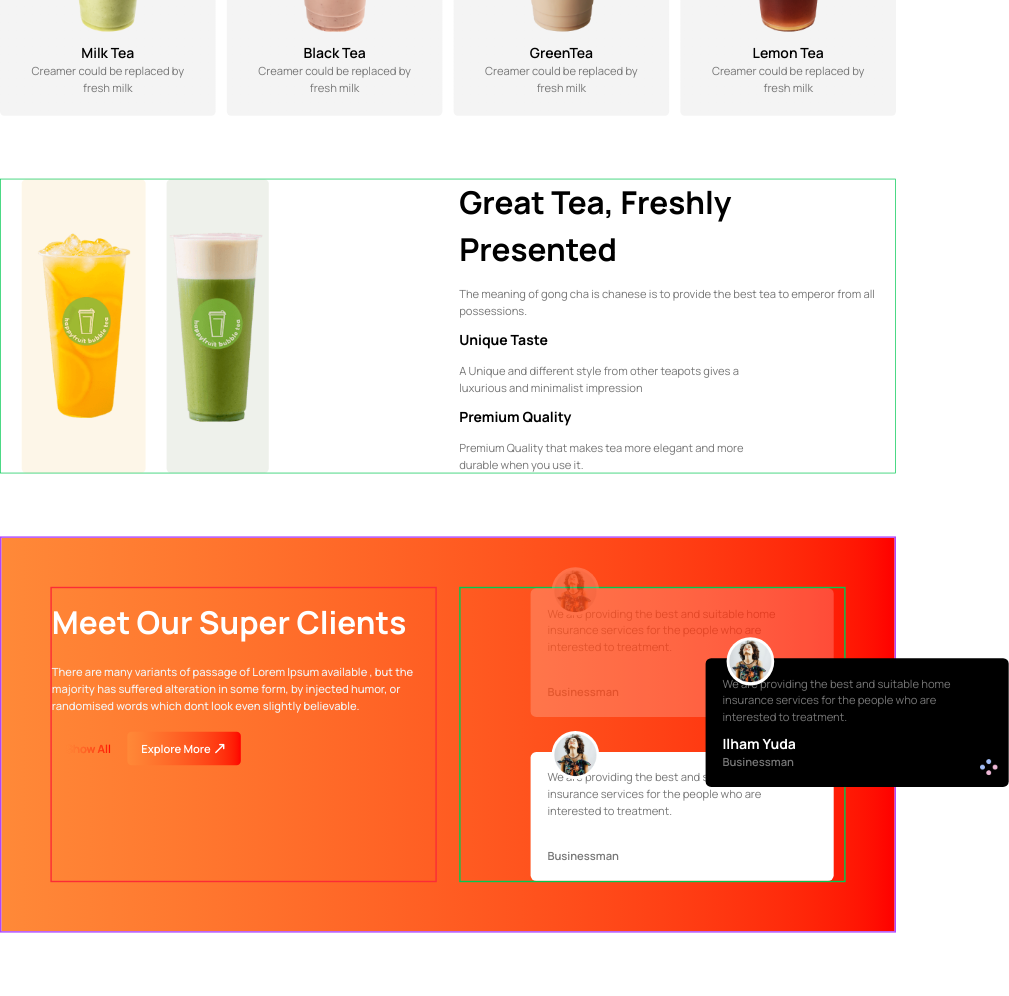
Repository: tanimtanzilislam/Tea-house
Page: index.html
The author's editor kept a copy of each file at every save. The page is drawn from the files as they stood at one save, then again after a run of saves.
The browser window is 1280 px wide. The page is 1441 px wide, then 1280 px, so the pictures cover 1441 px, including what lies to the right of the window. The pictures show the part of the page from y = 1125 to 2805 px (the page is 2548 px tall before and 2805 px after), at 70% of full size.
Some web libraries are served in a nearby version.

Above is the page before, as saved 2026-04-10 12:58:14.

### index.html
<!DOCTYPE html>
<html lang="en">
<head>
    <meta charset="UTF-8">
    <meta name="viewport" content="width=device-width, initial-scale=1.0">
    <title>Tea House</title>
    <!-- Tailwind css -->
     <script src="https://cdn.jsdelivr.net/npm/@tailwindcss/browser@4"></script>

     <!-- Google fonts -->
      <link rel="preconnect" href="https://fonts.googleapis.com">
<link rel="preconnect" href="https://fonts.gstatic.com" crossorigin>
<link href="https://fonts.googleapis.com/css2?family=Manrope:wght@200..800&family=Work+Sans:ital,wght@0,100..900;1,100..900&display=swap" rel="stylesheet">

<style>
    *{
        font-family: "Manrope", sans-serif;
    }
</style>

<!-- font awesome cdn -->
<link rel="stylesheet" href="https://cdnjs.cloudflare.com/ajax/libs/font-awesome/7.0.1/css/all.min.css" integrity="sha512-2SwdPD6INVrV/lHTZbO2nodKhrnDdJK9/kg2XD1r9uGqPo1cUbujc+IYdlYdEErWNu69gVcYgdxlmVmzTWnetw==" crossorigin="anonymous" referrerpolicy="no-referrer" />

</head>

<body>

<section class="grid grid-cols-1 md:grid-cols-2 container border mx-auto">
    <div class="banner-left space-y-30">
        <h2 class="text-[80px] font-bold">It's good <br>tea time at The <br> Tea House</h2>
        <p class="text-[#777777]">Tea and Botanical Solutions Supplier Give Optimum <br>Satisfaction To Your Taste Buds.</p>
        <button class="py-3 px-5 rounded-md text-white font-semibold bg-linear-to-r from-[#FF8938] to-[#FF0000]">
            Explore More
            <span class="-rotate-45 inline-block">
                <i class="fa-solid fa-arrow-right-long"></i>
            </span>
        </button>
    </div>

    <div class="banner-right flex justify-end items-end relative">
        <img src="./images/banner.png" alt="">

        <!-- Rating div -->
        <div class="bg-white rounded-xl shadow-2xl flex justify-between items-center gap-2 w-[250px] absolute bottom-[15px] left-[200px] py-[25px] px-[15px]">
            <img src="./images/Group 5.png" alt="">
            <h2 class="font-bold text-2xl">5.00</h2>
            <p>Trust Rating</p>
        </div>
    </div>
</section>

<!-- Featured section -->
<section class="container mx-auto my-[90px]">

    <div class="text-center max-w-[65%] mx-auto mb-[50px]">
        <h2 class="font-bold text-[45px]">Our Featured Products</h2>
        <p class="text-[#777777]">
            There are many variations of passages of Lorem Ipsum available, but the majority have suffered alteration.
        </p>
    </div>

    <div class="featured-card-parent grid grid-cols-1 sm:grid-cols-2 md:grid-cols-4 gap-4">

        <div class="featured-card bg-linear-to-b from-[#f4f4f4] to-[#f4f4f4] p-7 text-center rounded-md">
            <img src="./images/tea-1.png" alt="" class="mx-auto mb-4">
            <h2 class="font-semibold text-xl">Milk Tea</h2>
            <p class="text-[#777777]">Creamer could be replaced by fresh milk</p>
        </div>

        <div class="featured-card bg-linear-to-b from-[#f4f4f4] to-[#f4f4f4] p-7 text-center rounded-md">
            <img src="./images/tea-2.png" alt="" class="mx-auto mb-4">
            <h2 class="font-semibold text-xl">Black Tea</h2>
            <p class="text-[#777777]">Creamer could be replaced by fresh milk</p>
        </div>

        <div class="featured-card bg-linear-to-b from-[#f4f4f4] to-[#f4f4f4] p-7 text-center rounded-md">
            <img src="./images/tea-3.png" alt="" class="mx-auto mb-4">
            <h2 class="font-semibold text-xl">GreenTea</h2>
            <p class="text-[#777777]">Creamer could be replaced by fresh milk</p>
        </div>

        <div class="featured-card bg-linear-to-b from-[#f4f4f4] to-[#f4f4f4] p-7 text-center rounded-md">
            <img src="./images/tea-4.png" alt="" class="mx-auto mb-4">
            <h2 class="font-semibold text-xl">Lemon Tea</h2>
            <p class="text-[#777777]">Creamer could be replaced by fresh milk</p>
        </div>

    </div>
</section>

<!-- Great Tea sections -->
<section class="container mx-auto grid md:grid-cols-2 gap-8 mb-[90px] border border-green-500">

    <div class="great-tea-left flex gap-[30px] grid-cols-2 grid-rows-3">
        <div class="row-span-1 bg-linear-to-r from-[#ff0000] to-[#ff8938] opacity-10 rounded-md"></div>

        <div class="border-red-500 row-span-1 flex justify-center items-center bg-[#e6a6231a] rounded-md">
            <img src="./images/fresh-1.png" alt="">
        </div>

        <div class="border-red-500 row-span-2 flex justify-center items-center bg-[#5776391a] rounded-md">
            <img src="./images/fresh-2.png" alt="">
        </div>

        <div class="border-red-500 rounded-md"></div>
    </div>

    <div class="great-tea-right space-y-4">

        <h2 class="text-[45px] font-bold">Great Tea, Freshly <br>
             Presented</h2>

        <p class="text-[#777777]">
            The meaning of gong cha is chanese is to provide the best tea to emperor from all possessions.
        </p>

        <h2 class="font-bold text-[20px]">Unique Taste</h2>
        <p class="text-[#777777]">
            A Unique and different style from other teapots gives a <br> luxurious and minimalist impression
        </p>

        <h2 class="font-bold text-[20px]">Premium Quality</h2>
        <p class="text-[#777777]">
            Premium Quality that makes tea more elegant and more  <br>
            durable when you use it.
        </p>

    </div>

</section>

<!-- Meet our super client -->


<section   class="container mx-auto grid md:grid-cols-2 gap-8 mb-[90px] border border-green-500  border-2 border-purple-500 bg-gradient-to-r from-[#ff8938] to-[#ff0000] p-[70px] text-white ">


    <div class="meet-our-client-left border-2 border-red-500 text-white space-y-4">


        <div></div>
        <h2 class="text-[45px] font-bold"> Meet Our Super Clients</h2>
        <p class="font-[500] text-[#f4f4f4] my-[25px]">There are many variants of passage of Lorem Ipsum available , but the majority has suffered alteration in some form, by injected humor, or randomised words which dont look even slightly believable.</p>

        <button class="py-3 px-5 rounded-md text-white font-semibold bg-linear-to-r from-[#FF8938] to-[#FF0000] bg-clip-text text text-transparent">
          <span  class=" bg-gradient-to-r from-[#ff8938] to-[#ff0000] bg-clip-text text-transparent">  Show All</span>
        </button>

        <button class="py-3 px-5 rounded-md text-white font-semibold bg-linear-to-r from-[#FF8938] to-[#FF0000]">
            Explore More
            <span class="-rotate-45 inline-block">
                <i class="fa-solid fa-arrow-right-long"></i>
            </span>
        </button>
    </div>
    <div  class="meet-our-client-right  pl-[100px] border-2 border-green-500 relative">

        <!-- review card -->

        <div class="bg-black rounded-lg p-6 w-[433px] absolute left-[350px] z-50  top-[100px] z-[50]">

    <p class="text-[#777777]">
        We are providing the best and suitable home insurance services
        for the people who are interested to treatment.
    </p>

    <h2 class="font-bold text-xl mt-3">Ilham Yuda</h2>

    <h3 class="text-[#777777] font-semibold">Businessman</h3>

    <div class="absolute -top-[30px] left-[30px] bg-white p-1 rounded-full">
        <img src="./images/client.png" alt="">
    </div>

    <img src="./images/circles.png" alt="" class="absolute right-4 bottom-4">

</div>


<!-- review card -->

        <div class="bg-white rounded-lg p-6 w-[433px] absolute-left-[50px] relative mb-[50px] opacity-20">

    <p class="text-[#777777]">
        We are providing the best and suitable home insurance services
        for the people who are interested to treatment.
    </p>

    <h2 class="font-bold text-xl mt-3">Ilham Yuda</h2>

    <h3 class="text-[#777777] font-semibold">Businessman</h3>

    <div class="absolute -top-[30px] left-[30px] bg-white p-1 rounded-full">
        <img src="./images/client.png" alt="">
    </div>



</div>



        <div class="bg-white rounded-lg p-6 w-[433px] relative">

    <p class="text-[#777777]">
        We are providing the best and suitable home insurance services
        for the people who are interested to treatment.
    </p>

    <h2 class="font-bold text-xl mt-3">Ilham Yuda</h2>

    <h3 class="text-[#777777] font-semibold">Businessman</h3>

    <div class="absolute -top-[30px] left-[30px] bg-white p-1 rounded-full">
        <img src="./images/client.png" alt="">
    </div>



</div>







</section>

</body>
</html>

After the next 2 saves:
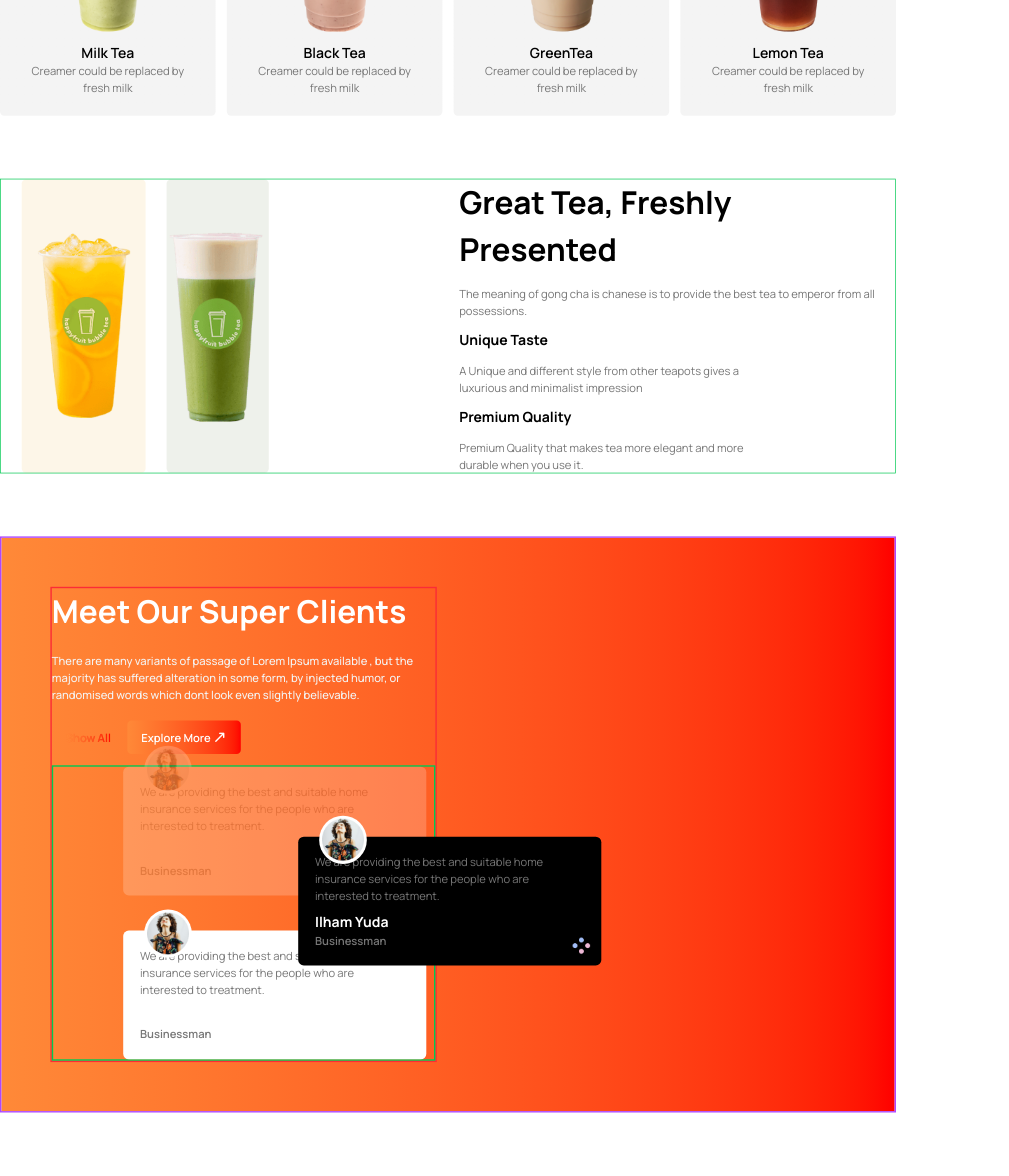
The 2 saves are shown as one change because they came seconds apart.
The last was saved 22 s later.
--- a/index.html
+++ b/index.html
@@ -138,8 +138,9 @@
     <div class="meet-our-client-left border-2 border-red-500 text-white space-y-4">
 
 
-        <div></div>
-        <h2 class="text-[45px] font-bold"> Meet Our Super Clients</h2>
+        <div>
+
+            <h2 class="text-[45px] font-bold"> Meet Our Super Clients</h2>
         <p class="font-[500] text-[#f4f4f4] my-[25px]">There are many variants of passage of Lorem Ipsum available , but the majority has suffered alteration in some form, by injected humor, or randomised words which dont look even slightly believable.</p>
 
         <button class="py-3 px-5 rounded-md text-white font-semibold bg-linear-to-r from-[#FF8938] to-[#FF0000] bg-clip-text text text-transparent">
@@ -223,6 +224,8 @@
 
 
 
+        </div>
+
 
 
 </section>
